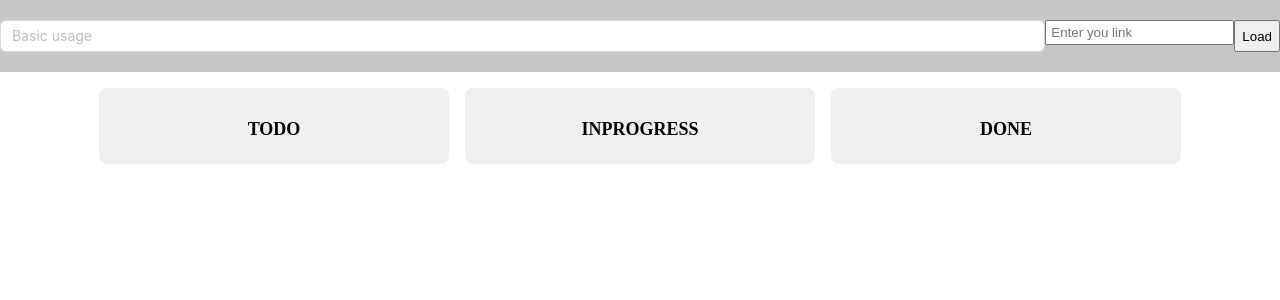
Repository: dVaselevsliy/kanban-test
Page: /
The author's editor kept a copy of each file at every save. The page is drawn from the files as they stood at one save, then again after the next save.
The browser window is 1280 px wide. The pictures show the whole page.
The project was rebuilt for these pictures with package versions that can differ from the ones it lists, and the page was loaded fresh each time. Also part of the build but not shown: vite.config.ts, src/helpers/timeAgo.js, src/components/Issue.tsx.

Above is the page before, as saved 2025-03-03 01:42:32.

After the next save:
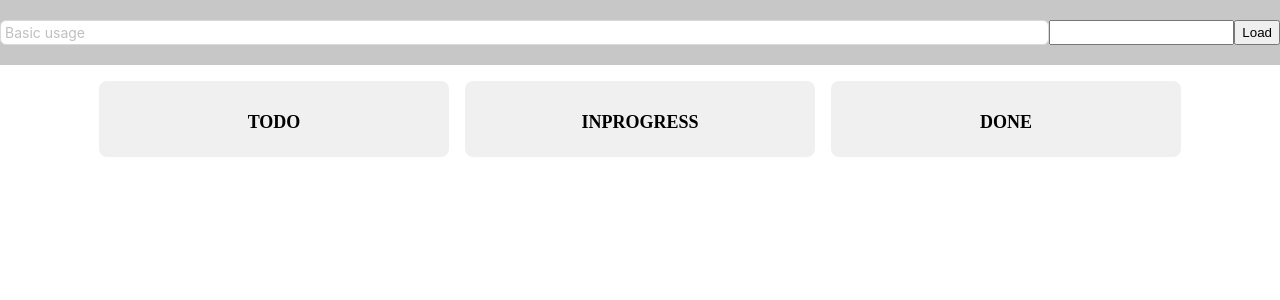
Saved 7 s later.
--- a/src/App.tsx
+++ b/src/App.tsx
@@ -57,8 +57,6 @@ function App() {
         <form onSubmit={handleSubmit} className="form">
           <label htmlFor="query"></label>
           <Input
-            placeholder="Basic usage" />
-          <input
             value={query}
             onChange={(event) => {
               dispatch(setQuery(event.target.value))
@@ -66,7 +64,10 @@ function App() {
             className="input"
             placeholder="Enter you link"
             id="query"
-            type="text" />
+            type="text"
+            placeholder="Basic usage" />
+          <input
+             />
           <button
 
             type="submit"
